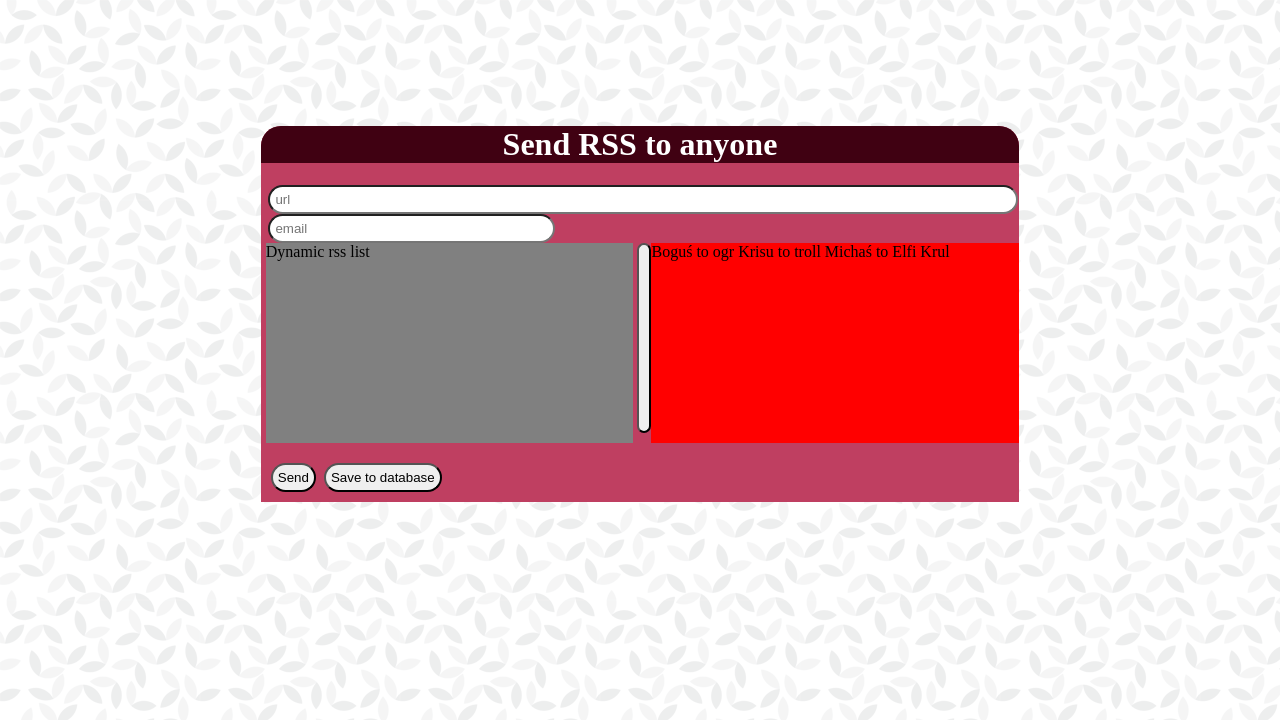
Repository: michalski9wsb/rss_final
Page: index.html
An editor plug-in stored every save of this project. The page is shown before and after the next save, followed by the edit.
The browser window is 1280 px wide. The pictures show the whole page.
Some web fonts or font styles are not loaded; a fallback is used.

Above is the page before, as saved 2020-03-08 10:34:18.

### index.html
<!DOCTYPE html>
<html lang="pl">
    <head>
        <meta charset="utf-8" />
        <title>Send RSS</title>
        <meta name="deskription" content="Apk for RSS" />
        <meta name="keywords" content="RSS,aplication, send" />
        <meta http-equiv="X-UA-Compatioble" content="IE=edge,chrome=1" />
        <link href="style.css" rel="stylesheet" type="text/css" />
        <link href="https://fonts.googleapis.com/css?family=Trade+Winds&display=swap" rel="stylesheet">
    </head>
    <body>
        <form method="get" action="send.php">
            <h1>Send RSS to anyone</h1>
            <div class="url-flex row">
                <input id="url"  name="url" type="url" placeholder="url"/>
            </div>
            <div id="helper"><input id="email"  name="email" type="email" placeholder="email" /></div>
            <div class="email-flex row">

                <div id="debug">
                    <label for="debug">Dynamic rss list</label>
                    <div name="debug"  rows="10">

                    </div>

                </div>
                <button id="delete"></button>
                <div class="sendlist" >
                    Boguś to ogr
                    Krisu to troll
                    Michaś to Elfi Krul
                </div>

             </div>
             <div style="clear:both;"></div>
            <div class="row">
                <!--<div class="buttonCentre">-->
                    <input id="send" type="submit" value="Send"/>
                    <button id="save" name="save">Save to database</button>
                <!--</div>-->
            </div>
        </form>
    </body>
</html>

### style.css
body{
    background-image: url(geometric-leaves/geometric-leaves.png);
    font-family: 'Trade Winds' ;
}
h1{
    display: block;
    border-radius: 20px 20px 0px 0px;
    background-color: #400112;
    color: white;
    margin-left: auto;
    margin-right: auto;
    text-align: center;
    position: relative;
}
form{
    border-radius: 20px 20px 0 0;
    margin-left: 20%;
    margin-top: 10%;
    width: 60%;
    background-color: #BF3F61;
}
input{
    border-radius: 20px;
    padding: 5px;
}
input[type=submit]{
    margin-left: 10px;
}
button{
    border-radius: 20px;
    margin-left: 4px;
    padding: 5px;
    margin-bottom: 10px;
}
#debug{

    background-color: gray;
    flex-direction: column;
    margin-left: 5px;
    float: left;
    width: 50%;
    height: 200px;
}
.sendlist{
    background-color: red;
    height: 200px;
    width: 50%;
}

input#email{
    float: left;
    width: 36%;
    margin-left: 1%;
}
input#url{
    /*margin-top: 2%;*/
    margin-left: 1%;
    width: 97%;
}
.row{
    width: 100%;
    margin-top: 20px;
}
.email-flex{
    display: flex;
    justify-content: space-around;
}

After the next save:
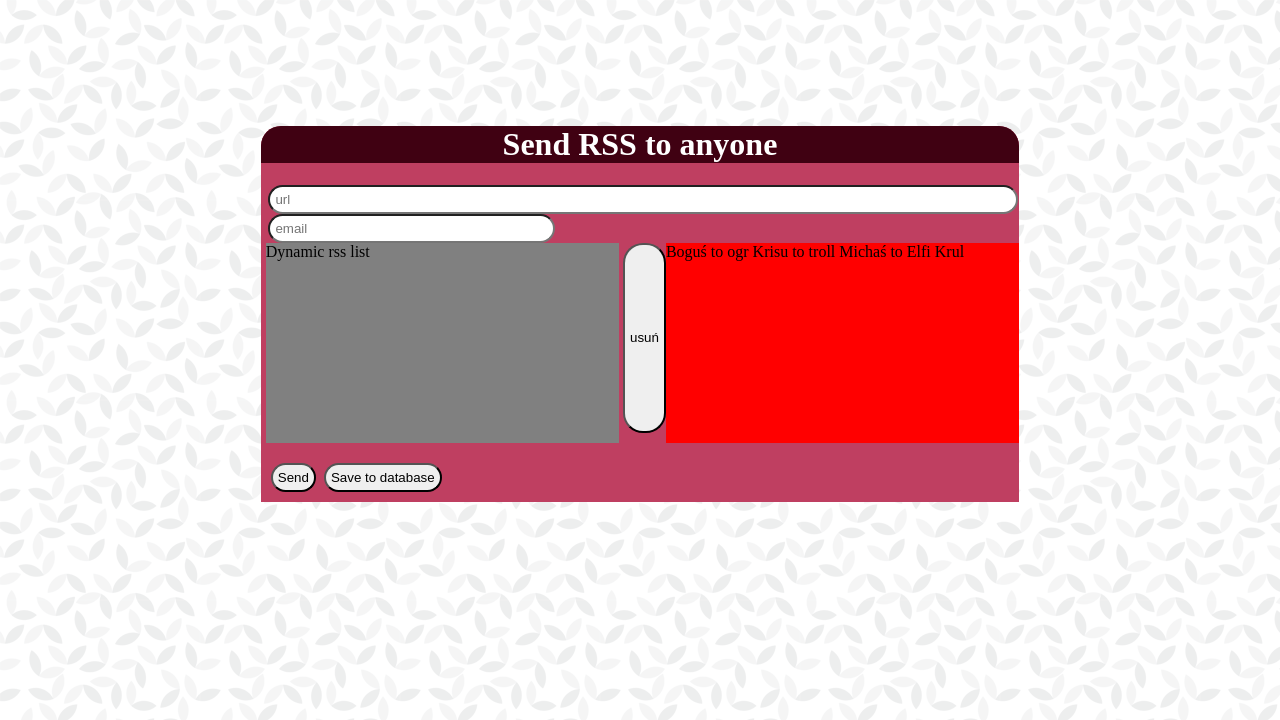
Saved 6 s later.
--- a/index.html
+++ b/index.html
@@ -25,7 +25,7 @@
                     </div>
 
                 </div>
-                <button id="delete"></button>
+                <button id="delete">usuń</button>
                 <div class="sendlist" >
                     Boguś to ogr
                     Krisu to troll
